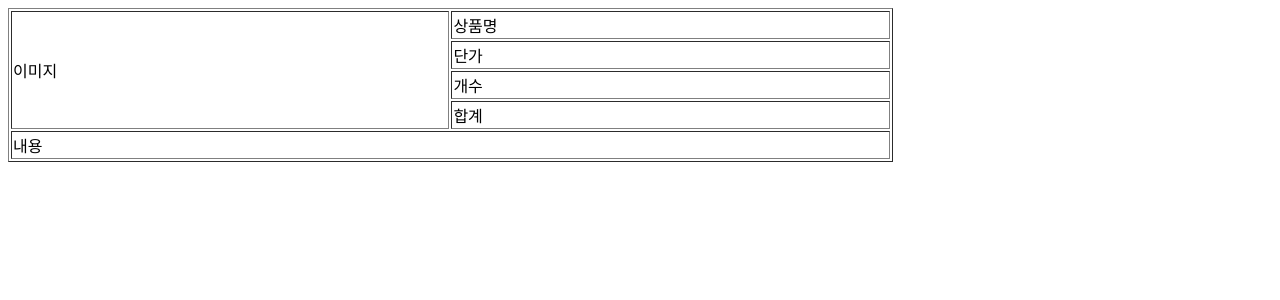
Repository: naldal/Bitcamp
Page: http://localhost/miniProject/imageboard/imageboardView.jsp
An editor plug-in stored every save of this project. The page is shown before and after the next save, followed by the edit.
The browser window is 1280 px wide. The pictures show the whole page.
The page is served by Tomcat 9. Other server files are loaded and not shown.

Above is the page before, as saved 2020-02-19 07:07:52.

### miniProject/WebContent/imageboard/imageboardView.jsp
<%@ page language="java" contentType="text/html; charset=UTF-8"
	pageEncoding="UTF-8"%>
<!DOCTYPE html>

<table border="1" width="70%" height="70%">
	<tr>
		<td rowspan="4">이미지</td>
		<td>상품명</td>
	</tr>
	<tr>
		<td>단가</td>
	</tr>
	<tr>
		<td>개수</td>
	</tr>
	<tr>
		<td>합계</td>
	</tr>
	<tr>
		<td height="50%" colspan="2">내용</td>
	</tr>
</table>

After the next save:
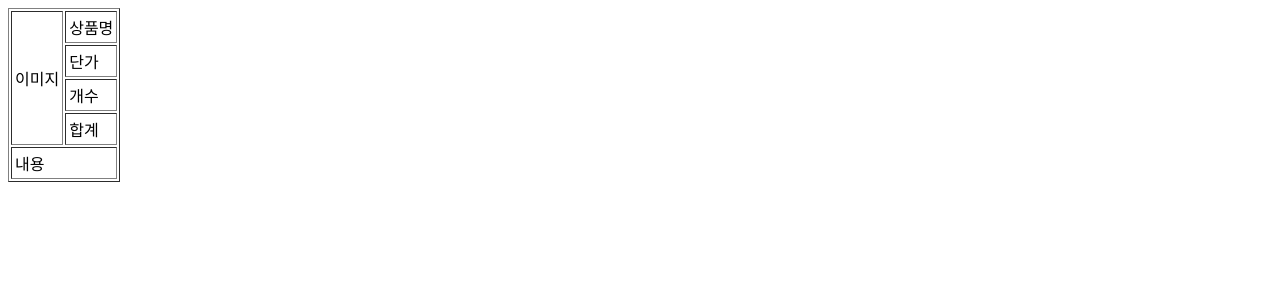
Saved 75 s later.
--- a/miniProject/WebContent/imageboard/imageboardView.jsp
+++ b/miniProject/WebContent/imageboard/imageboardView.jsp
@@ -2,7 +2,7 @@
 	pageEncoding="UTF-8"%>
 <!DOCTYPE html>
 
-<table border="1" width="70%" height="70%">
+<table border="1" cellpadding="3">
 	<tr>
 		<td rowspan="4">이미지</td>
 		<td>상품명</td>
